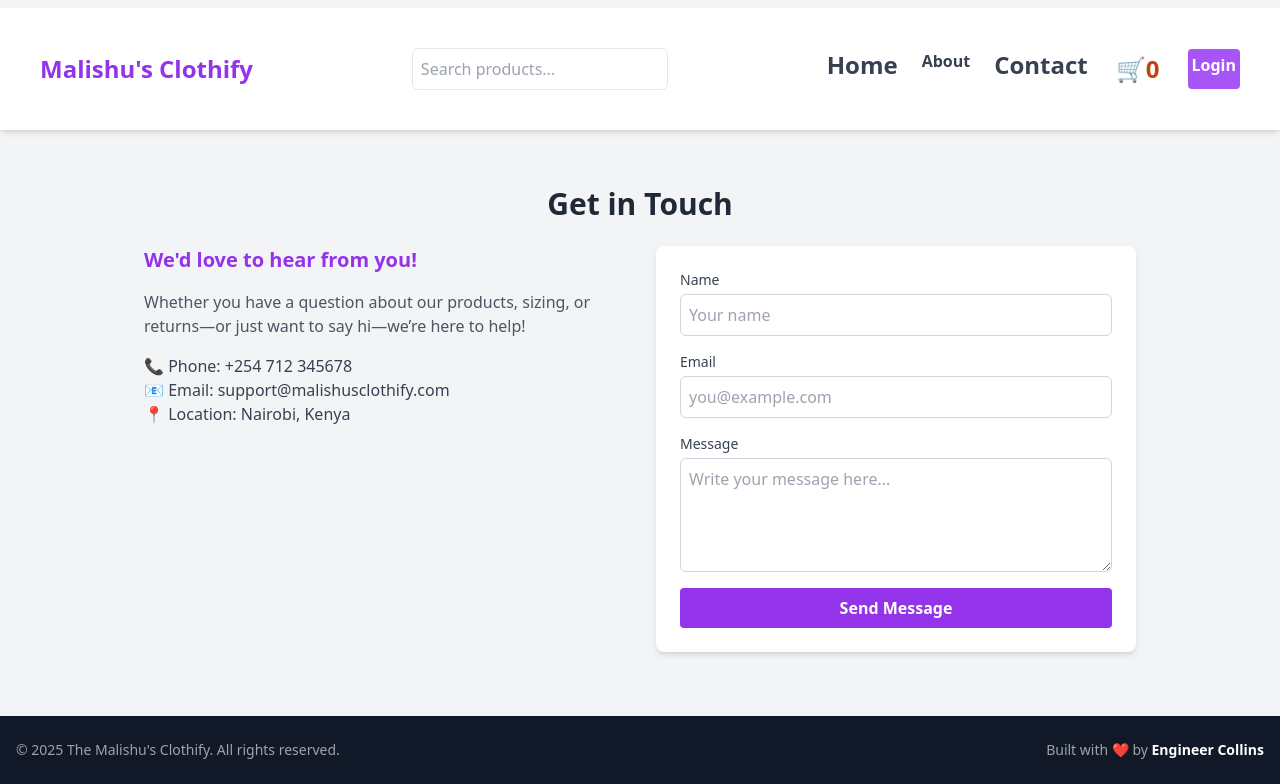
Repository: Engineer-collo/Modern-Ecommerce-Application
Page: /contact
These files come from the project's save history. The page is drawn as it stood at one moment and after the next save; the edit follows.
The browser window is 1280 px wide. The pictures show the whole page.
The project was rebuilt for these pictures with package versions that can differ from the ones it lists, and the page was loaded fresh each time. Also part of the build but not shown: vite.config.js, src/components/SignupForm.jsx, src/components/LoginForm.jsx, src/components/ProductCard.jsx, src/components/ProductFeed.jsx, src/components/About.jsx, src/components/Cart.jsx.

Above is the page before, as saved 2025-05-23 15:46:51.

After the next save:
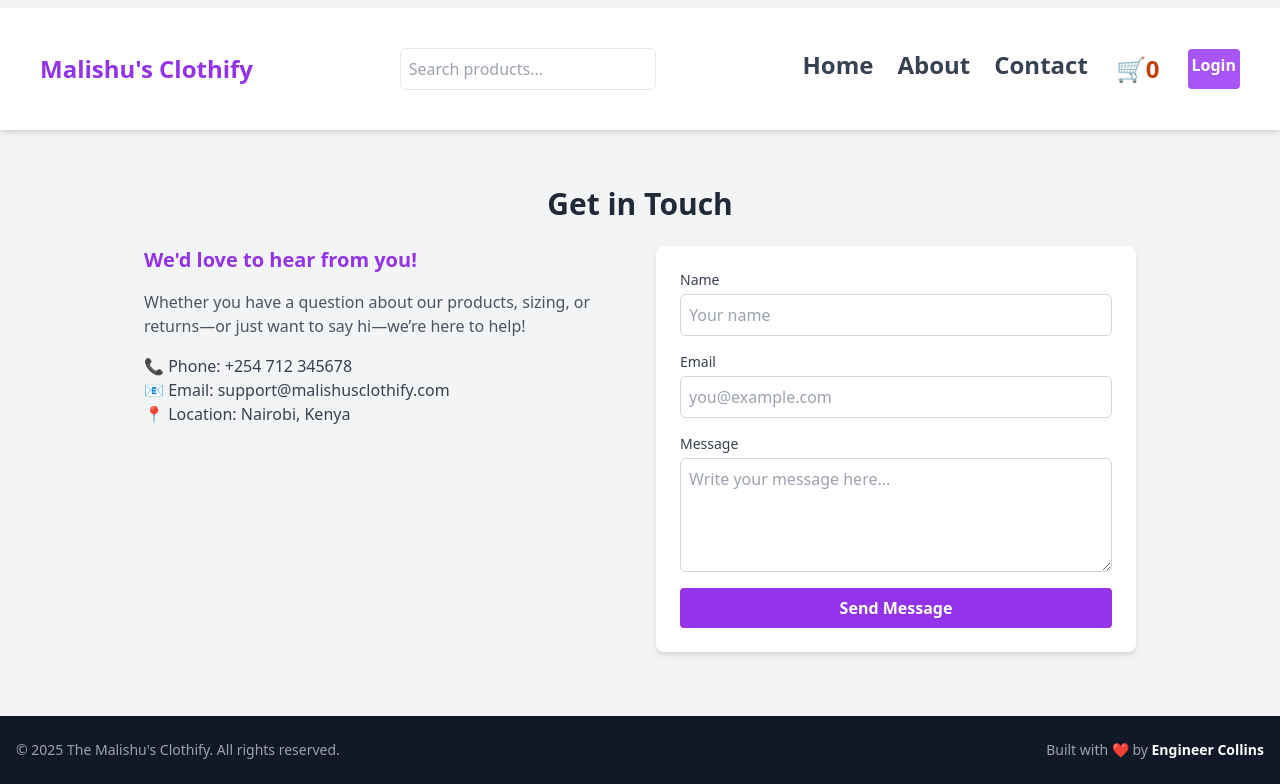
Saved 24 s later.
--- a/src/components/Navbar.jsx
+++ b/src/components/Navbar.jsx
@@ -66,7 +66,7 @@ const Navbar = ({ cart = [], searchTerm, setSearchTerm }) => {
           </Link>
           <Link
             to="/about"
-            className=" text-2x hover:text-blue-500 font-bold text-gray-700 transition"
+            className="text-2xl  text-2x hover:text-blue-500 font-bold text-gray-700 transition"
           >
             About
           </Link>
